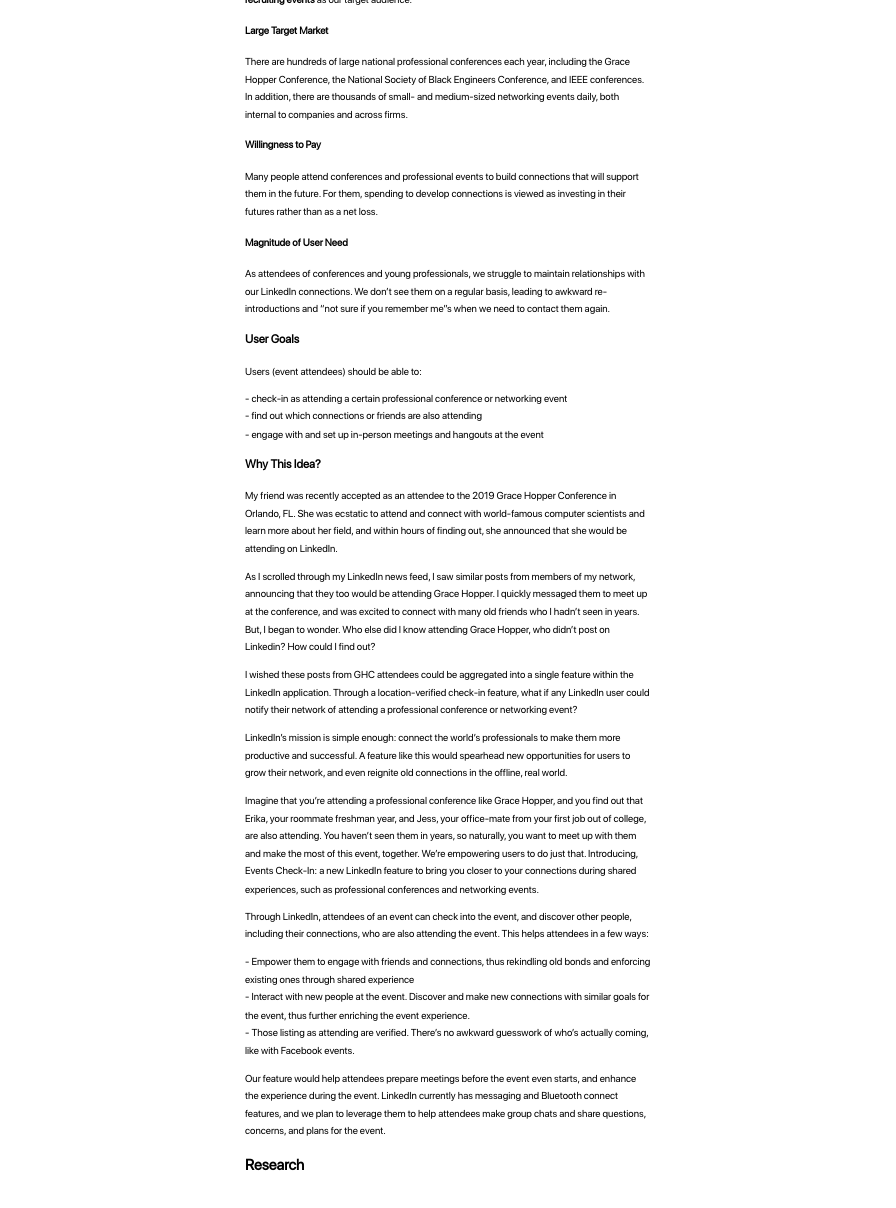
Repository: rdf004/rdf004.github.io
Page: /case1
An editor plug-in stored every save of this project. The page is shown before and after the next save, followed by the edit.
The browser window is 1280 px wide. The pictures show the part of the page from y = 1030 to 2950 px (the page is 2755 px tall before and 2950 px after), at 70% of full size.
The project was rebuilt for these pictures with package versions that can differ from the ones it lists, and the page was loaded fresh each time. Also part of the build but not shown: src/Components/About.js, src/Components/Work.js, src/Components/Projects.js, src/Components/Design.js, src/Components/Books.js, src/Components/Resume.js.

Above is the page before, as saved 2019-11-20 21:36:10.

### public/index.html
<!DOCTYPE html>
<html lang="en">
  <head>
    <meta charset="utf-8" />
    <link rel="shortcut icon" href="Startup_Rocket-512.png" />
    <meta name="viewport" content="width=device-width, initial-scale=1" />
    <meta name="theme-color" content="#000000" />
    <meta
      name="description"
      content="Web site created using create-react-app"
    />
    <link rel="apple-touch-icon" href="logo192.png" />
    <!--
      manifest.json provides metadata used when your web app is installed on a
      user's mobile device or desktop. See https://developers.google.com/web/fundamentals/web-app-manifest/
    -->
    <link rel="manifest" href="%PUBLIC_URL%/manifest.json" />
    <!--
      Notice the use of %PUBLIC_URL% in the tags above.
      It will be replaced with the URL of the `public` folder during the build.
      Only files inside the `public` folder can be referenced from the HTML.

      Unlike "/favicon.ico" or "favicon.ico", "%PUBLIC_URL%/favicon.ico" will
      work correctly both with client-side routing and a non-root public URL.
      Learn how to configure a non-root public URL by running `npm run build`.
    -->
    <title>RFizzle's Websizzle</title>
  </head>
  <body>
    <noscript>You need to enable JavaScript to run this app.</noscript>
    <div id="root"></div>
    <!--
      This HTML file is a template.
      If you open it directly in the browser, you will see an empty page.

      You can add webfonts, meta tags, or analytics to this file.
      The build step will place the bundled scripts into the <body> tag.

      To begin the development, run `npm start` or `yarn start`.
      To create a production bundle, use `npm run build` or `yarn build`.
    -->
  </body>
</html>

### src/index.js
import React from 'react';
import ReactDOM from 'react-dom';
import { Route, Link, BrowserRouter as Router } from 'react-router-dom';

import About from './Components/About';
import Work from './Components/Work';
import Projects from './Components/Projects';
import Design from './Components/Design';
import Books from './Components/Books';
import Resume from './Components/Resume';
import Case1 from './Components/Case1';
import * as serviceWorker from './serviceWorker';

const routing = (
    <Router>
      <div>
        <Route exact path="/" component={About} />
        <Route path="/work" component={Work} />
        <Route path="/projects" component={Projects} />
        <Route path="/design" component={Design} />
        <Route path="/books" component={Books} />
        <Route path="/resume" component={Resume} />
        <Route path="/case1" component={Case1} />
      </div>
    </Router>
)

ReactDOM.render(routing, document.getElementById('root'));

// If you want your app to work offline and load faster, you can change
// unregister() to register() below. Note this comes with some pitfalls.
// Learn more about service workers: https://bit.ly/CRA-PWA
serviceWorker.unregister();

### src/Components/Case1.js
import React from 'react';
import Header from './Header';

import '../Style/style.css';

class Case1 extends React.Component {

    render() {
        return (
            <div className="grid-holder">

            <div className="grid-container">
                <Header className="header"/>
                <p className="page-content">
                    <h1>LinkedIn Events Redesign</h1>
                    <p>Over 630 million users have created CVs and professional brands on LinkedIn. Founded in 2002, LinkedIn has transformed into the premier social media site for professional networking, brand building, and job hunting.</p>
                    <p>LinkedIn recently launched an events feature which allows users to create events and advertise them on their news feeds, similar to Facebook events. However, the LinkedIn Events feature has struggled to gain traction, partially because the current feature fails to tie into LinkedIn’s mission of “connecting the world’s professionals”. Hence, my team and I decided to redesign the LinkedIn events feature in order to drive more interpersonal interaction and networking between professionals. To do this, we narrowed our scope to professionals at networking events and conferences because they provide prime opportunities for professionals to meet new connections.</p>
                    <p>My teammates Edward and Prabhav and I collaborated on all work. Each of us had a hand in design, user interviews, and writing. However, I focused more on writing and on the Figma LinkedIn app high-fidelity prototypes.</p>
                    <h2>The Problem</h2>
                    <h3><b>Design Prompt</b></h3>
                    <p><b>“Using a well-known social media app, extend or redesign a feature that helps encourage specific types of people in one’s surrounding area to get to gether in-person and physically interact in a meaningful way.”</b></p>
                    <h3>Project Objectives</h3>
                    <p>In designing a new feature for LinkedIn, we hope to help people rekindle old connections, strengthen existing connections, and discover new connections.</p>
                    <h3>Target User</h3>
                    <p>We’ve decided to focus on attendees of <b>professional conferences</b>, <b>networking events</b>, and <b>recruiting events</b> as our target audience.</p>
                    <h4>Large Target Market</h4>
                    <p>There are hundreds of large national professional conferences each year, including the Grace Hopper Conference, the National Society of Black Engineers Conference, and IEEE conferences. In addition, there are thousands of small- and medium-sized networking events daily, both internal to companies and across firms.</p>
                    <h4>Willingness to Pay</h4>
                    <p>Many people attend conferences and professional events to build connections that will support them in the future. For them, spending to develop connections is viewed as investing in their futures rather than as a net loss.</p>
                    <h4>Magnitude of User Need</h4>
                    <p>As attendees of conferences and young professionals, we struggle to maintain relationships with our LinkedIn connections. We don’t see them on a regular basis, leading to awkward re-introductions and “not sure if you remember me”s when we need to contact them again.</p>
                    <h3>User Goals</h3>
                    <p>Users (event attendees) should be able to:</p>
                    - check-in as attending a certain professional conference or networking event<br/>
                    - find out which connections or friends are also attending<br/>
                    - engage with and set up in-person meetings and hangouts at the event
                    <h3>Why This Idea?</h3>
                    <p>My friend was recently accepted as an attendee to the 2019 Grace Hopper Conference in Orlando, FL. She was ecstatic to attend and connect with world-famous computer scientists and learn more about her field, and within hours of finding out, she announced that she would be attending on LinkedIn.</p>
                    <p>As I scrolled through my LinkedIn news feed, I saw similar posts from members of my network, announcing that they too would be attending Grace Hopper. I quickly messaged them to meet up at the conference, and was excited to connect with many old friends who I hadn’t seen in years. But, I began to wonder. Who else did I know attending Grace Hopper, who didn’t post on Linkedin? How could I find out?</p>
                    <p>I wished these posts from GHC attendees could be aggregated into a single feature within the LinkedIn application. Through a location-verified check-in feature, what if any LinkedIn user could notify their network of attending a professional conference or networking event?</p>
                    <p>LinkedIn’s mission is simple enough: connect the world’s professionals to make them more productive and successful. A feature like this would spearhead new opportunities for users to grow their network, and even reignite old connections in the offline, real world. </p>
                    <p>Imagine that you’re attending a professional conference like Grace Hopper, and you find out that Erika, your roommate freshman year, and Jess, your office-mate from your first job out of college, are also attending. You haven’t seen them in years, so naturally, you want to meet up with them and make the most of this event, together.
We’re empowering users to do just that. Introducing, Events Check-In: a new LinkedIn feature to bring you closer to your connections during shared experiences, such as professional conferences and networking events.</p>
                    <p>Through LinkedIn, attendees of an event can check into the event, and discover other people, including their connections, who are also attending the event. This helps attendees in a few ways:</p>
                    <p>- Empower them to engage with friends and connections, thus rekindling old bonds and enforcing existing ones through shared experience<br/>
                    - Interact with new people at the event. Discover and make new connections with similar goals for the event, thus further enriching the event experience.<br/>
                    - Those listing as attending are verified. There’s no awkward guesswork of who’s actually coming, like with Facebook events.
                    </p>
                    <p>Our feature would help attendees prepare meetings before the event even starts, and enhance the experience during the event. LinkedIn currently has messaging and Bluetooth connect features, and we plan to leverage them to help attendees make group chats and share questions, concerns, and plans for the event.</p>
                    <h2>Research</h2>
                </p>
            </div>

            </div>
        )
    }

}

export default Case1;

### src/Components/Header.js
import React from 'react';
import '../Style/style.css';

class Header extends React.Component {

    render() {
        return (

            <div className="flex-container">
                <p className="name">Roshan Fernando</p>
                <ul className="header-li-elements">
                    <li><a className="list-item-a" href="/">About</a></li>
                    <li>|</li>
                    <li><a className="list-item-a" href="/work">Work</a></li>
                    <li>|</li>
                    <li><a className="list-item-a" href="/projects">Projects</a></li>
                    <li>|</li>
                    <li><a className="list-item-a" href="/design">Design</a></li>
                    <li>|</li>
                    <li><a className="list-item-a" href="/books">Books</a></li>
                    <li>|</li>
                    <li><a className="list-item-a" href="/resume">Resume</a></li>
                </ul>
                <p className="content">{this.about}</p>
            </div>
        )
    }
}

export default Header;

### src/Style/style.css
/* PAGE */

.grid-holder {

}

.grid-container {
    display: grid;
    width: 600px;
    max-width: 100vw;
    margin: auto;

    line-height: 1.75;
}

.page-content {

    font-family: 'SF-Regular';
    font-size: 0.9em;
    color: black;
    padding: 10px;
    padding-top: 0px;
}

/* unvisited link */
.p-a:link {
    color: rgb(105, 196, 248);
    text-decoration: underline;
  }

  /* visited link */
.p-a:visited {
    color: rgb(105, 196, 248);
    text-decoration: underline;
  }

/* mouse over link */
.p-a:hover {
    color: rgb(105, 196, 248);
    text-decoration: underline;
  }

  /* selected link */
.p:active {
    color: rgb(105, 196, 248);
    text-decoration: underline;
  }

/* HEADER */

.flex-container {

    display: flex;
    justify-content: center;
    align-items: center;
    padding-top: 5vh;
    flex-wrap: wrap;

    max-width: inherit;
    min-width: 0;

}


.name {

    text-align: left;
    font-family: 'SF-Heavy';
    color: black;
    font-size: 1.05em;
    max-width: 250px;

    flex: 1;
    padding-left: 10px;

}

.header-li-elements {

    display: flex;
    padding: 0;
    justify-content: flex-end;
    color: black;

    flex: 1;
    padding-right: 10px;

}

li {

    list-style-type: none;
    padding: 2px;
    font-family: 'SF-Regular';
    font-size: 1.05em;
    color: black;

}

.content {
    width: 1000px;
    max-width: inherit;
}

body, html {

    margin: 0;
    padding: 0;
    background-color: white;

}

/* unvisited link */
.list-item-a:link {
    color: black;
    text-decoration: none;
  }

  /* visited link */
.list-item-a:visited {
    color: black;
    text-decoration: none;
  }

/* mouse over link */
.list-item-a:hover {
    color: rgb(0, 162, 255);
    text-decoration: none;
  }

  /* selected link */
.list-item-a:active {
    color: black;
    text-decoration: none;
  }

@font-face {
    src: url('./SF-Pro-Display-Heavy.otf');
    font-family: 'SF-Heavy';
}

@font-face {
    src: url('./SF-Pro-Display-Regular.otf');
    font-family: 'SF-Regular';
}

@font-face {
    src: url('./SF-Pro-Display-Thin.otf');
    font-family: 'SF-Thin';
}

Loaded but not shown: src/serviceWorker.js (common file)

After the next save:
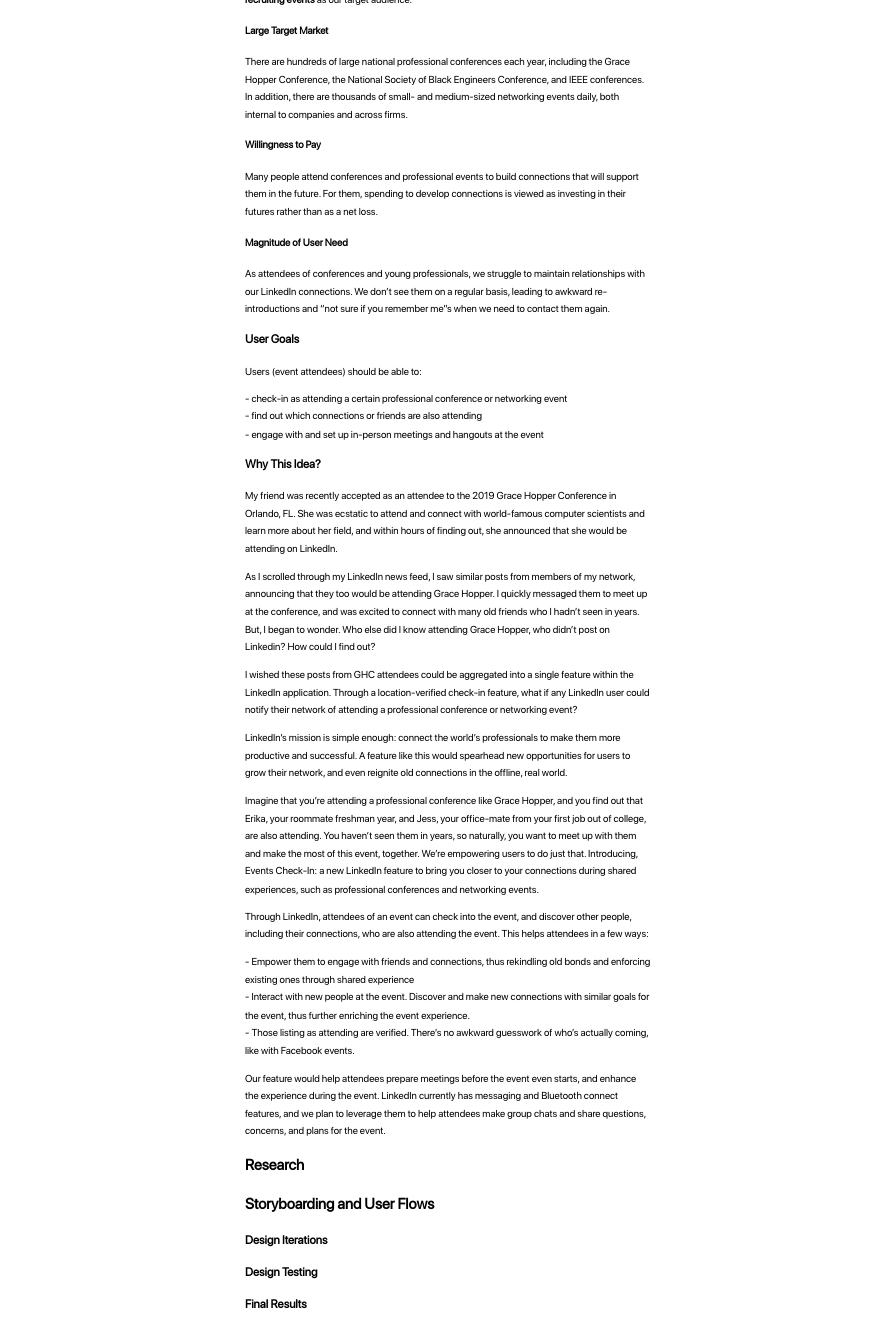
Saved 71 s later.
--- a/src/Components/Case1.js
+++ b/src/Components/Case1.js
@@ -48,6 +48,11 @@
                     </p>
                     <p>Our feature would help attendees prepare meetings before the event even starts, and enhance the experience during the event. LinkedIn currently has messaging and Bluetooth connect features, and we plan to leverage them to help attendees make group chats and share questions, concerns, and plans for the event.</p>
                     <h2>Research</h2>
+                    <h2>Storyboarding and User Flows</h2>
+                    <h3>Design Iterations</h3>
+                    <h3>Design Testing</h3>
+                    <h3>Final Results</h3>
+
                 </p>
             </div>
 
